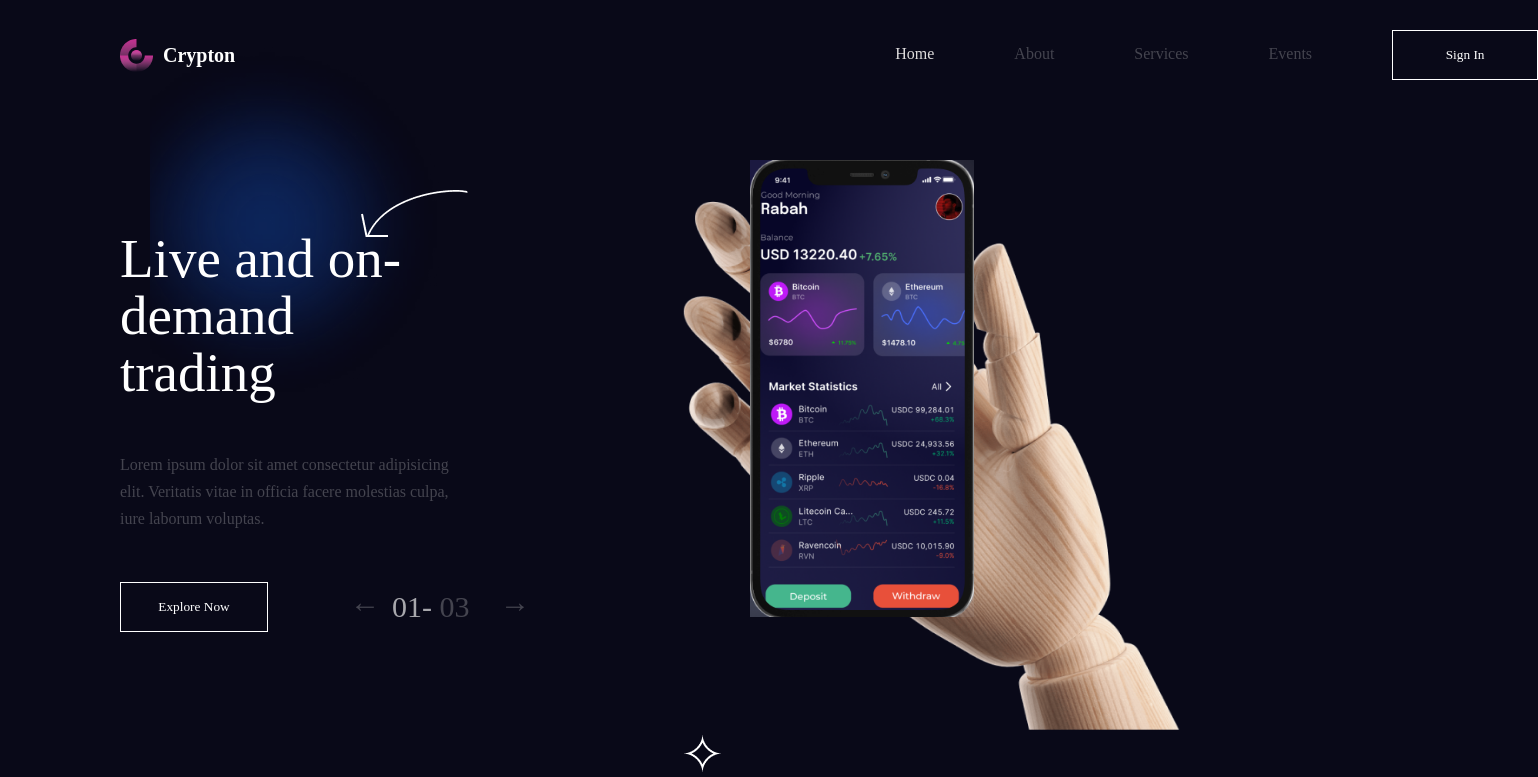
Repository: isaacCodes1/Crypton-Website
Page: index.html
An editor plug-in stored every save of this project. The page is shown before and after a run of saves, followed by the edit.
The browser window is 1280 px wide. The page is 1538 px wide, so the pictures cover 1538 px, including what lies to the right of the window. The pictures show the whole page.

Above is the page before, as saved 2024-05-14 21:08:32.

After the next 2 saves:
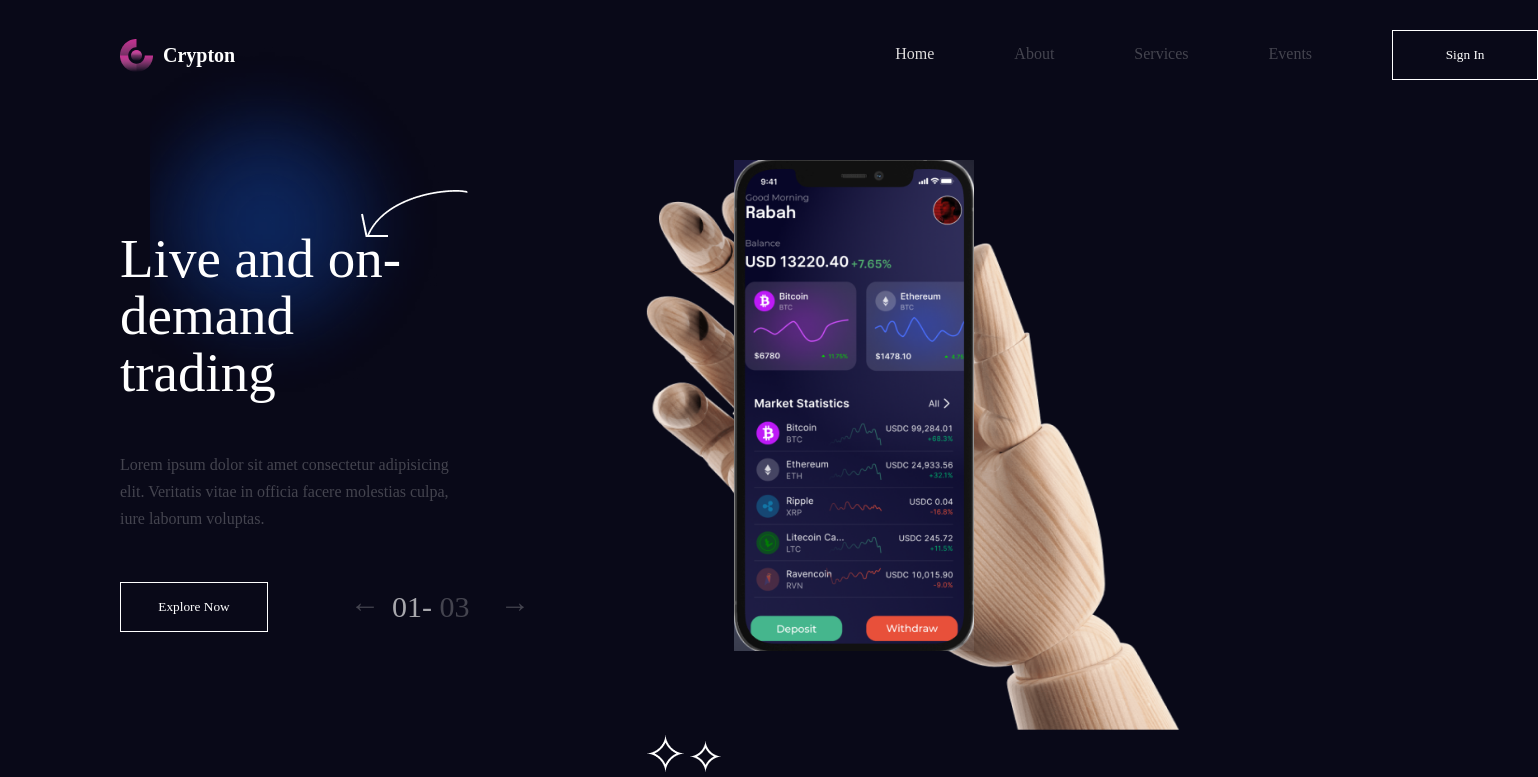
The 2 saves are shown as one change because they came seconds apart.
The last was saved 9 s later.
--- a/index.html
+++ b/index.html
@@ -46,6 +46,7 @@
           " alt="">
           <img class="hand" src="/Assets/Hand.png" alt="">
           <img src="/Assets/Star 5.png" alt="">
+          <img src="/Assets/Star 6.png" alt="">
         </div>
       </div>
     </section>
